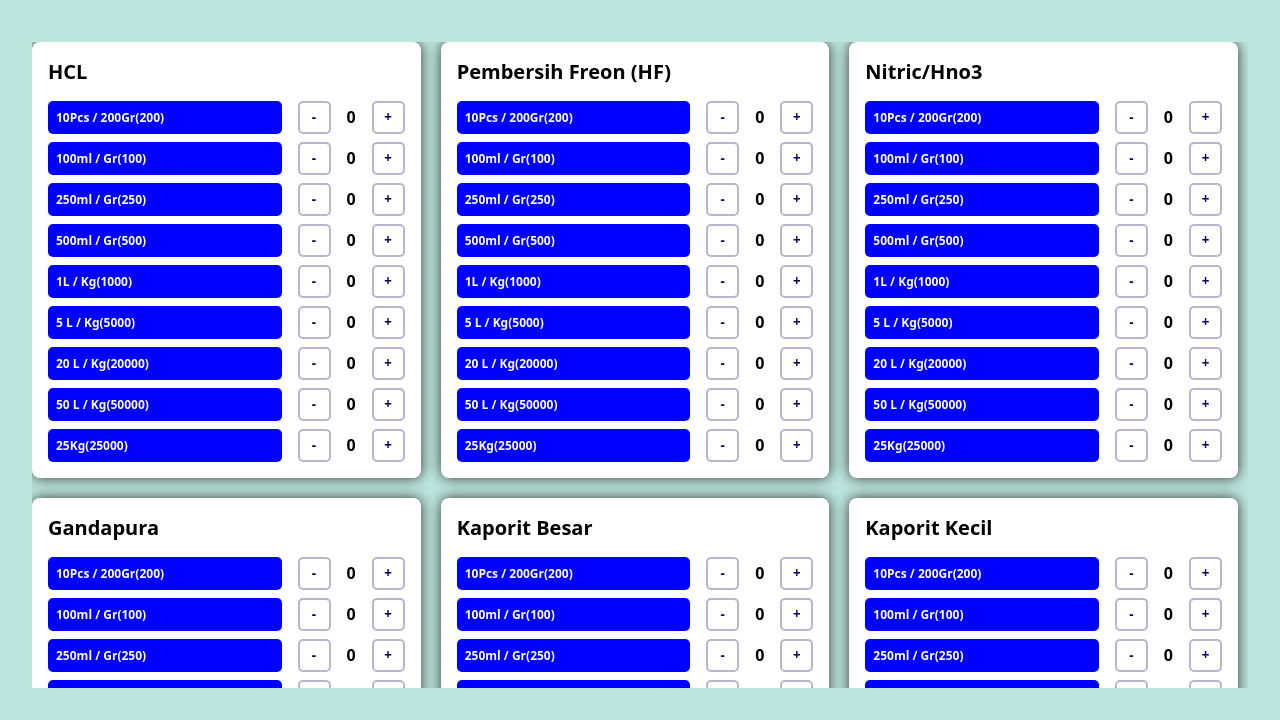
Repository: zuraniumlab-design/upstock-amsk
Page: /
These files come from the project's save history. The page is drawn as it stood at one moment and after the next save; the edit follows.
The browser window is 1280 px wide. The pictures show the whole page.
An inner scrolling area shows only its first screen. The project was rebuilt for these pictures with package versions that can differ from the ones it lists, and the page was loaded fresh each time. Also part of the build but not shown: vite.config.js.

Above is the page before, as saved 2026-06-18 17:04:59.

### index.html
<!doctype html>
<html lang="en">
  <head>
    <meta charset="UTF-8" />
    <link rel="icon" type="image/svg+xml" href="/favicon.svg" />
    <meta name="viewport" content="width=device-width, initial-scale=1.0" />
    <meta name="author" content="muhammad hakim ilahi">
    <title>UpStock</title>
  </head>
  <body>
    <div id="root"></div>
    <script type="module" src="/src/main.jsx"></script>
  </body>
</html>

### src/main.jsx
import { StrictMode } from 'react'
import { createRoot } from 'react-dom/client'
import './index.css'
import App from './App.jsx'
import { RouterProvider } from 'react-router-dom'
import router from './router.jsx'

createRoot(document.getElementById('root')).render(
  <RouterProvider router={router}></RouterProvider>
)

### src/index.css
* {
  box-sizing: border-box;
  font-family: system-ui, -apple-system, BlinkMacSystemFont, 'Segoe UI', Roboto, Oxygen, Ubuntu, Cantarell, 'Open Sans', 'Helvetica Neue', sans-serif;
}

body {
  margin: 0;
}

div {
  display: flex;
}

### src/router.jsx
import { createBrowserRouter } from "react-router-dom";
import App from "./App";


const router = createBrowserRouter([
  {
    element: <App />,
    path: '/'
  }
])

export default router

### src/App.module.css
.container {
  background-color: #bce6dd;
  height: 100vh;
  width: 100vw;
  padding: 2rem;
}

/*? SIDEBAR START */
.sidebar {

}
/*? SIDEBAR END */

.content {
  height: calc(100vh - 4rem);
  width: 100%;
  overflow: hidden;
  position: relative;
  flex-direction: column;
}

.head {
  height: 10px;
}

.items {
  height: 100%;
  width: calc(100vw - 4rem);
  padding-right: 10px;
  overflow-y: auto;
  overflow-x: hidden;
  gap: 20px;
  flex-wrap: wrap;
}
.item {
  background-color: #fff;
  padding: 1rem;
  border-radius: 8px;
  width: fit-content;
  min-width: 30vw;
  flex-direction: column;
  justify-content: space-between;
  flex: 1;
  gap: 1rem;
  box-shadow: 0 0 14px #333;
}

.product {
  font-size: 20px;
  font-weight: bold;
}

.weights {
  justify-content: space-between;
  gap: 0.5rem;
  flex-direction: column;
  flex: 1;
}

.weight {
  gap: 1rem;
}

.display {
  flex: 1;
  background-color: blue;
  border-radius: 5px;
  color: white;
  font-weight: bold;
  font-size: 12px;
  align-items: center;
  padding: 0.5rem;
}
.display span {

}

.stock {
  align-items: center;
  justify-content: center;
  gap: 1rem;
}
.stock > * {
  font-weight: bold;
}
.stock button {
  background-color: #fff;
  border: 2px solid #12005b4a;
  height: 100%;
  aspect-ratio: 1 / 1;
  border-radius: 5px;
  display: flex;
  align-items: center;
  justify-content: center;
  color: #12005b;
  cursor: pointer;
}

Loaded but not shown: src/App.jsx (1545 lines, source omitted)

After the next save:
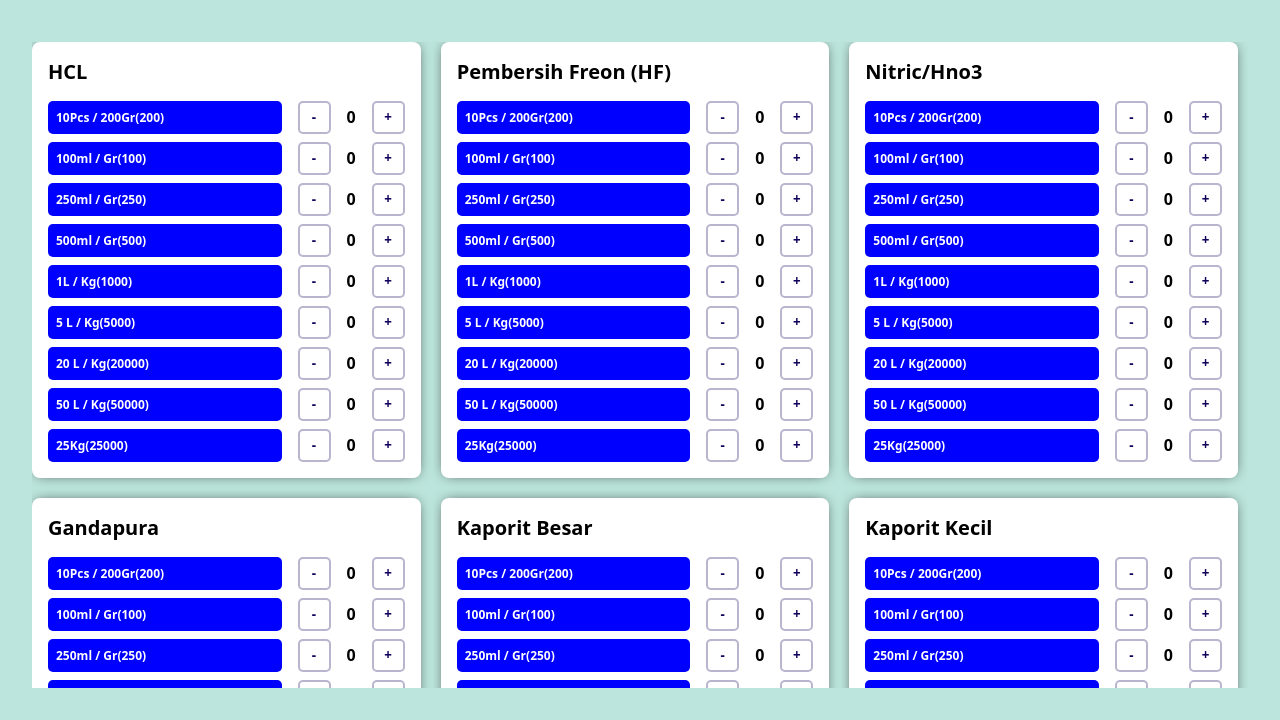
Saved 20 s later.
--- a/src/App.module.css
+++ b/src/App.module.css
@@ -42,7 +42,7 @@
   justify-content: space-between;
   flex: 1;
   gap: 1rem;
-  box-shadow: 0 0 14px #333;
+  box-shadow: 0 0 14px -4px #333;
 }
 
 .product {
